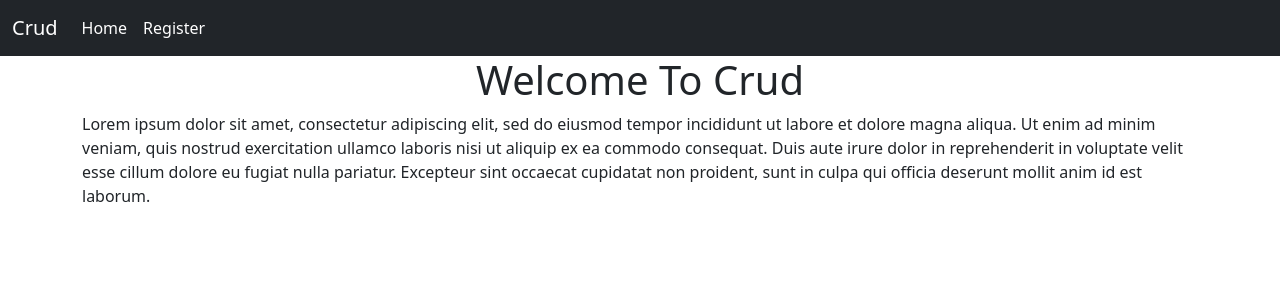
Repository: testuser85495/Spring-Boot
Page: http://localhost/index
The author's editor kept a copy of each file at every save. The page is drawn from the files as they stood at one save, then again after the next save.
The browser window is 1280 px wide. The pictures show the whole page.
The page is this project's Thymeleaf template; nobody is signed in. The template is opened directly, without the code that normally fills it, so the values that code supplies are empty.

Above is the page before, as saved 2024-07-08 08:56:54.

### CrudDemo/src/main/resources/templates/index.html
<!doctype html>
<html lang="en" xmlns:th="https://www.thymeleaf.com">

<head>
	<meta charset="utf-8">
	<meta name="viewport" content="width=device-width, initial-scale=1">

	<link href="https://cdn.jsdelivr.net/npm/bootstrap@5.0.2/dist/css/bootstrap.min.css" rel="stylesheet"
		integrity="sha384-EVSTQN3/azprG1Anm3QDgpJLIm9Nao0Yz1ztcQTwFspd3yD65VohhpuuCOmLASjC" crossorigin="anonymous">

	<title>Index</title>
</head>

<body>
	<nav class="navbar navbar-expand-lg navbar-light bg-dark">
		<div class="container-fluid">
			<a class="navbar-brand text-white" href="#">Crud</a>
			<button class="navbar-toggler" type="button" data-bs-toggle="collapse"
				data-bs-target="#navbarSupportedContent" aria-controls="navbarSupportedContent" aria-expanded="false"
				aria-label="Toggle navigation">
				<span class="navbar-toggler-icon"></span>
			</button>
			<div class="collapse navbar-collapse" id="navbarSupportedContent">
				<ul class="navbar-nav me-auto mb-2 mb-lg-0">
					<li class="nav-item">
						<a class="nav-link active text-white" aria-current="page" href="home">Home</a>
					</li>
					<li class="nav-item">
						<a class="nav-link text-white" href="register">Register</a>
					</li>
					<!--<li class="nav-item">
	          <a class="nav-link disabled" href="#" tabindex="-1" aria-disabled="true">Disabled</a>
	        </li>-->
				</ul>
			</div>
		</div>
	</nav>
	<div class="container">
		<div>
			<center>
				<h1 my-4>Welcome To Crud</h1>
			</center>
		</div>
		<div>
			<p>Lorem ipsum dolor sit amet, consectetur adipiscing elit, sed do eiusmod tempor incididunt ut labore et
				dolore magna aliqua. Ut enim ad minim veniam, quis nostrud exercitation ullamco laboris nisi ut aliquip
				ex ea commodo consequat. Duis aute irure dolor in reprehenderit in voluptate velit esse cillum dolore eu
				fugiat nulla pariatur. Excepteur sint occaecat cupidatat non proident, sunt in culpa qui officia
				deserunt mollit anim id est laborum. </p>
		</div>
	</div>
	<script src="https://cdn.jsdelivr.net/npm/bootstrap@5.0.2/dist/js/bootstrap.bundle.min.js"
		integrity="sha384-MrcW6ZMFYlzcLA8Nl+NtUVF0sA7MsXsP1UyJoMp4YLEuNSfAP+JcXn/tWtIaxVXM"
		crossorigin="anonymous"></script>

	<script src="https://cdn.jsdelivr.net/npm/@popperjs/core@2.9.2/dist/umd/popper.min.js"
		integrity="sha384-IQsoLXl5PILFhosVNubq5LC7Qb9DXgDA9i+tQ8Zj3iwWAwPtgFTxbJ8NT4GN1R8p"
		crossorigin="anonymous"></script>
	<script src="https://cdn.jsdelivr.net/npm/bootstrap@5.0.2/dist/js/bootstrap.min.js"
		integrity="sha384-cVKIPhGWiC2Al4u+LWgxfKTRIcfu0JTxR+EQDz/bgldoEyl4H0zUF0QKbrJ0EcQF"
		crossorigin="anonymous"></script>
</body>

</html>

After the next save:
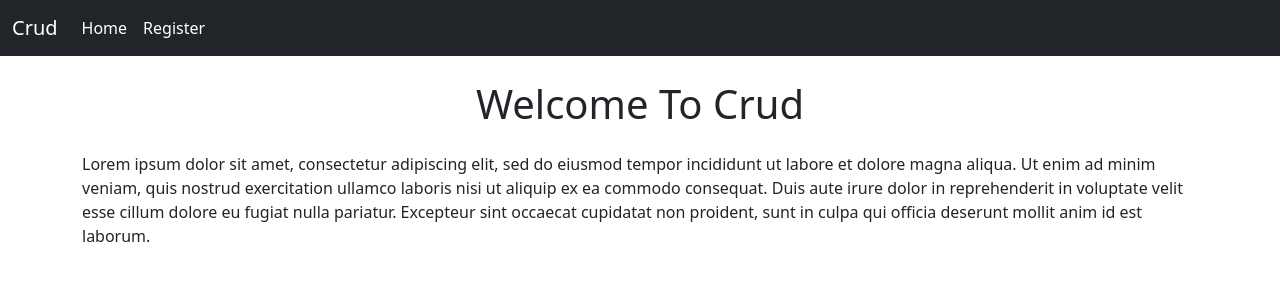
Saved 8 s later.
--- a/CrudDemo/src/main/resources/templates/index.html
+++ b/CrudDemo/src/main/resources/templates/index.html
@@ -38,7 +38,7 @@
 	<div class="container">
 		<div>
 			<center>
-				<h1 my-4>Welcome To Crud</h1>
+				<h1 class="my-4">Welcome To Crud</h1>
 			</center>
 		</div>
 		<div>
